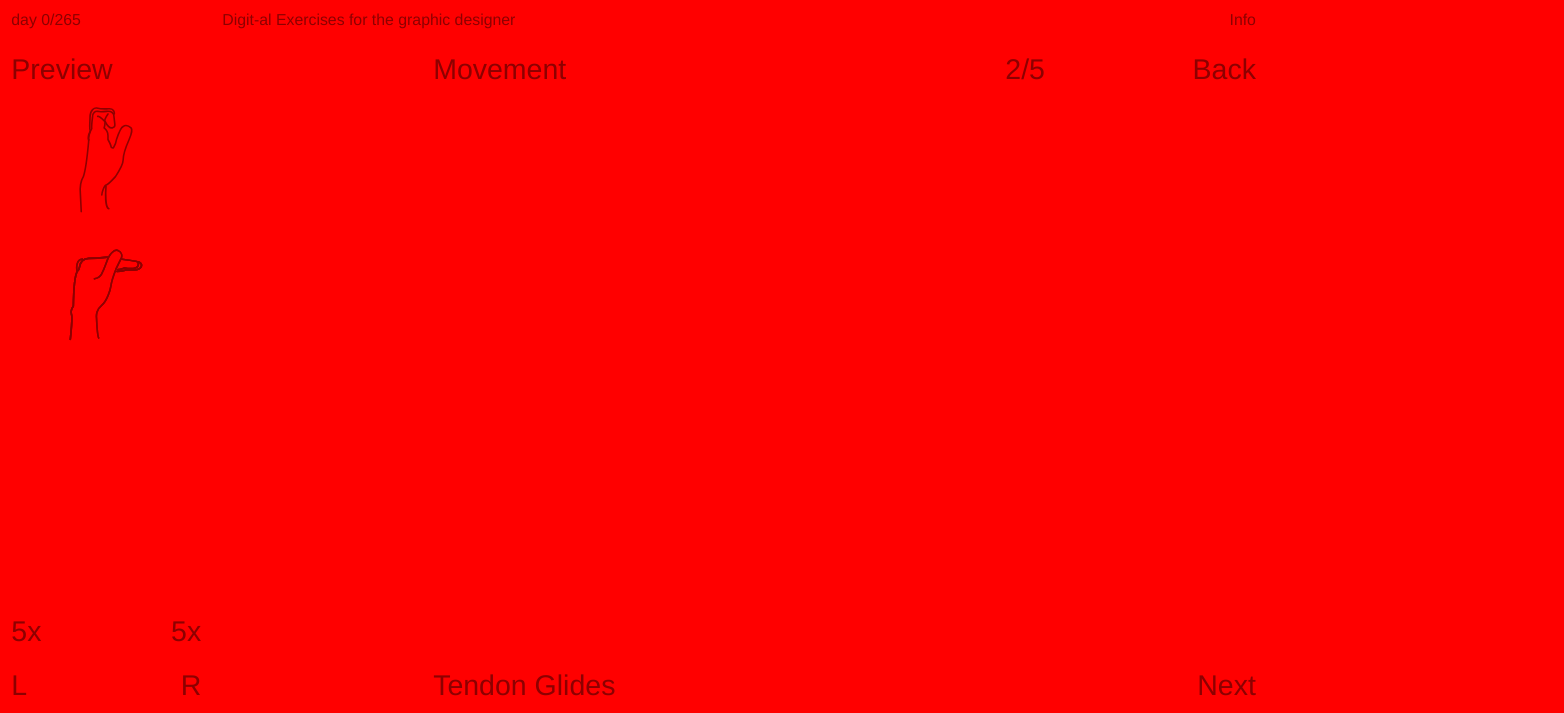
Repository: NoIdeasStudio/holiday-card-2024
Page: exercise-2.html
An editor plug-in stored every save of this project. The page is shown before and after the next save, followed by the edit.
The browser window is 1280 px wide. The page is 1280 px wide, then 1580 px, then 1280 px, so the pictures cover 1580 px, including what lies to the right of the window. The pictures show the whole page, at 99% of full size.

Above is the page before, as saved 2024-12-05 17:11:19.

After the next save:
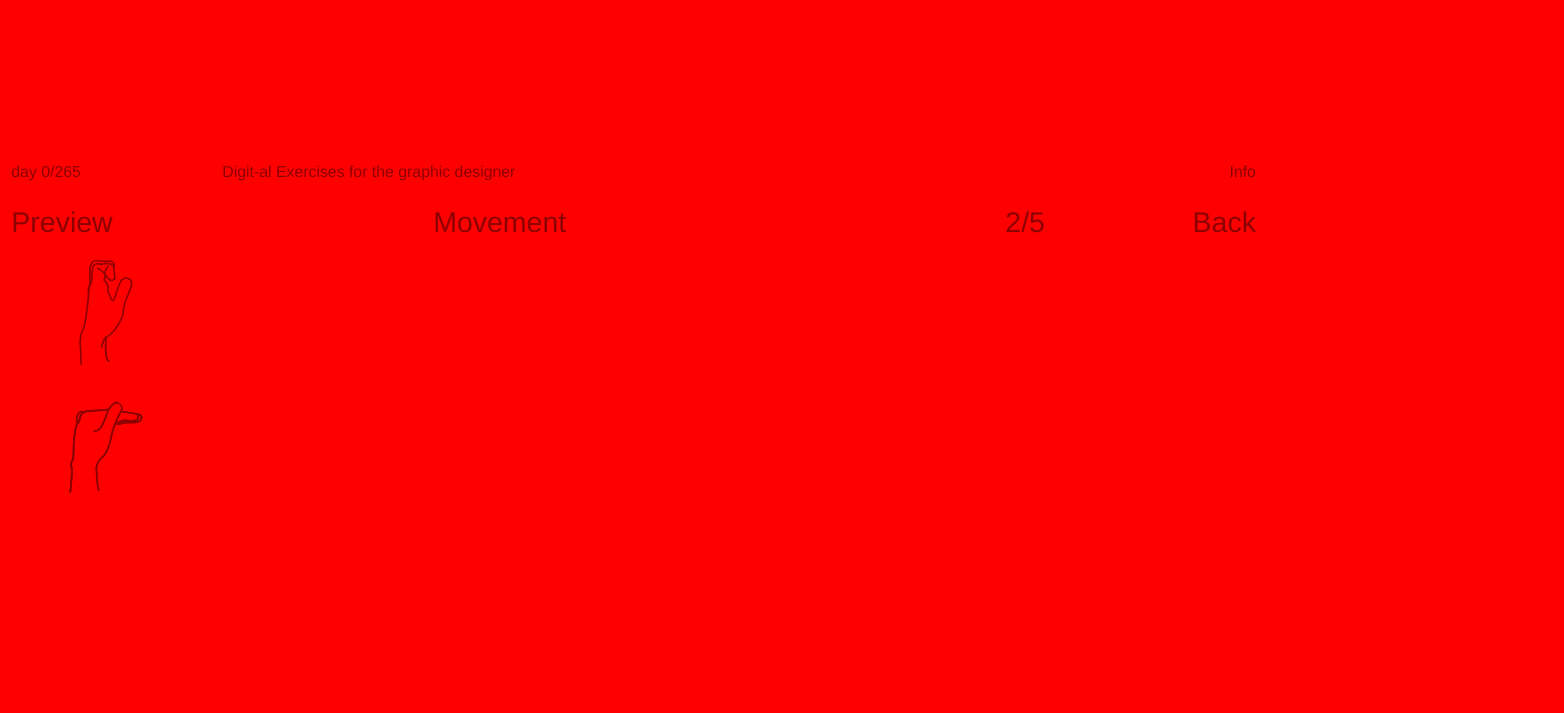
Saved 14 s later.
--- a/exercise-2.html
+++ b/exercise-2.html
@@ -7,6 +7,12 @@
     <link rel="stylesheet" href="style.css">
 </head>
 <body>
+
+    <body>
+        <div class="container">
+          <video class="input_video"></video>
+          <canvas class="output_canvas" width="1280px" height="720px"></canvas>
+        </div>
 
     <div class="wrapper">
         <header class="small-text header-1">day 0/265</header>

After the save that followed:
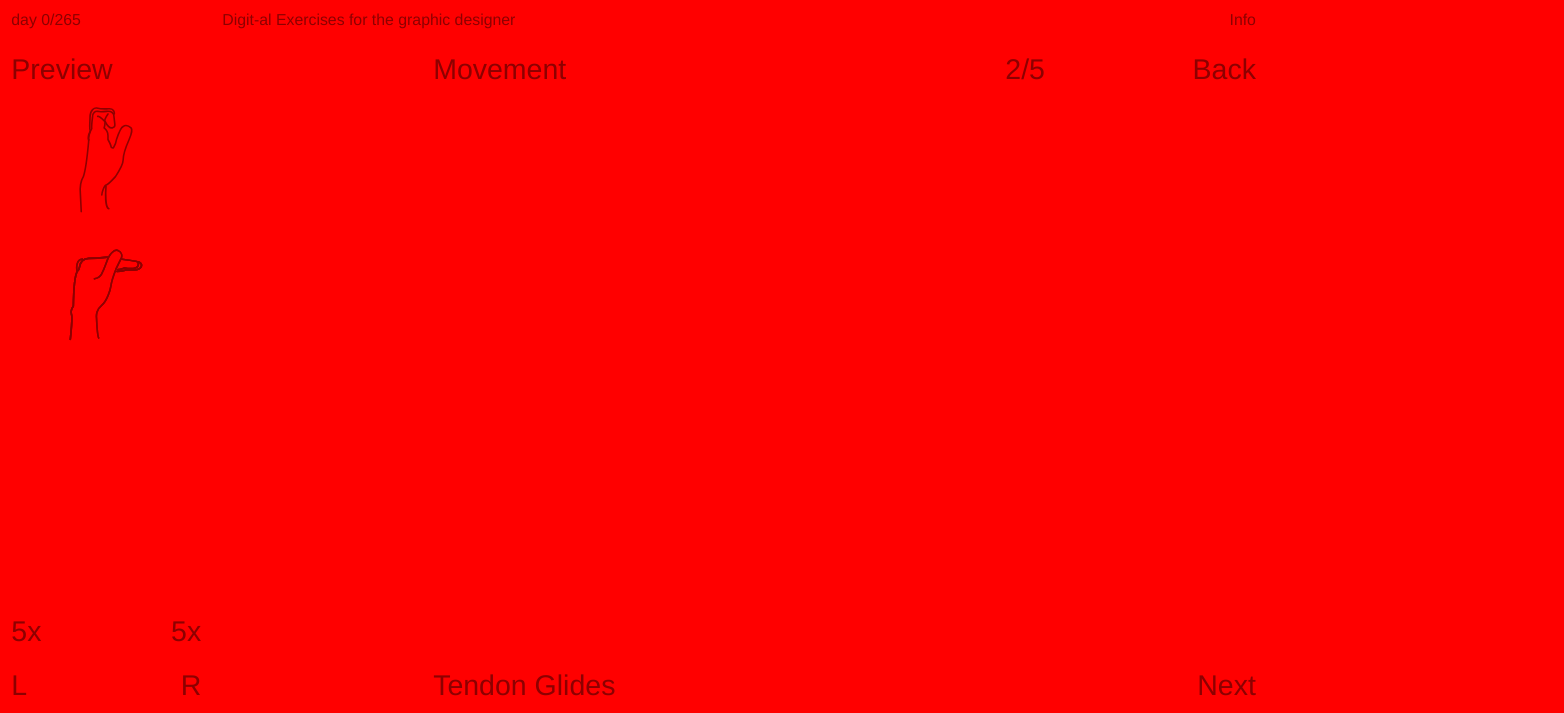
Saved 33 s later.
--- a/exercise-2.html
+++ b/exercise-2.html
@@ -9,10 +9,7 @@
 <body>
 
     <body>
-        <div class="container">
-          <video class="input_video"></video>
-          <canvas class="output_canvas" width="1280px" height="720px"></canvas>
-        </div>
+
 
     <div class="wrapper">
         <header class="small-text header-1">day 0/265</header>
